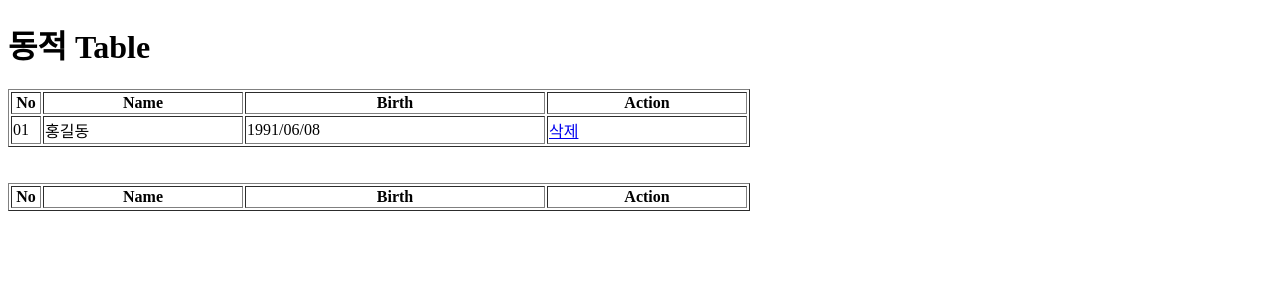
Repository: jeongho97/JQuery
Page: alloc/WebContent/index.html
These files come from the project's save history. The page is drawn as it stood at one moment and after the next save; the edit follows.
The browser window is 1280 px wide. The pictures show the whole page.

Above is the page before, as saved 2022-05-13 07:14:04.

### alloc/WebContent/index.html
<!DOCTYPE html>
<html>
<head>
<meta charset="UTF-8">
<title>Insert title here</title>
<script src="https://code.jquery.com/jquery-3.6.0.js"></script>
</head>
<body>

<h1>동적 Table</h1>

<table border="1" id="list_table">
<colgroup>

	<col style="width:30px">
	<col style="width:200px">
	<col style="width:300px">
	<col style="width:200px">

</colgroup>

<thead>
<tr>

	<th>No</th>
	<th>Name</th>
	<th>Birth</th>
	<th>Action</th>

</tr>
</thead>

<tbody>
<tr>
	<td>01</td>
	<td>홍길동</td>
	<td>1991/06/08</td>
	<td><a href="#" class="delete-link">삭제</a></td>
</tr>
</tbody>


</table>

<br><br>

<table border="1" id="append_table">
<colgroup>
	<col style="width:30px">
	<col style="width:200px">
	<col style="width:300px">
	<col style="width:200px">
</colgroup>

<thead>
<tr>

	<th>No</th>
	<th>Name</th>
	<th>Birth</th>
	<th>Action</th>

</tr>
</thead>

</table>
</body>
</html>

After the next save:
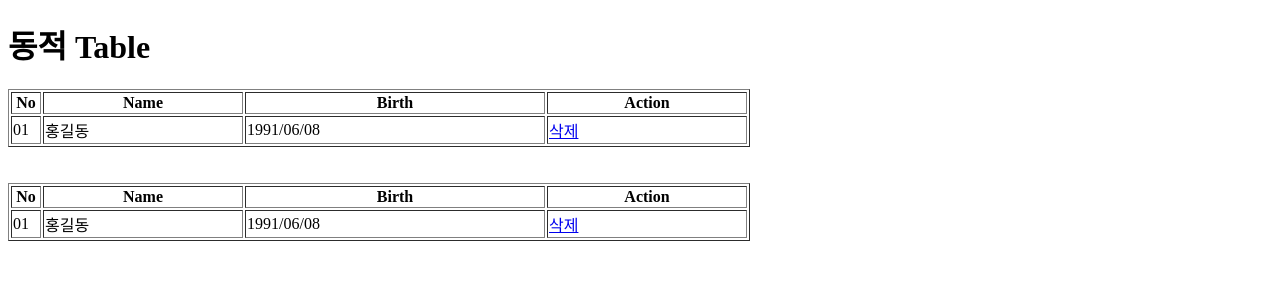
Saved 9 s later.
--- a/alloc/WebContent/index.html
+++ b/alloc/WebContent/index.html
@@ -63,6 +63,15 @@
 </tr>
 </thead>
 
+<tbody>
+<tr>
+	<td>01</td>
+	<td>홍길동</td>
+	<td>1991/06/08</td>
+	<td><a href="#" class="delete-link">삭제</a></td>
+</tr>
+</tbody>
+
 </table>
 </body>
 </html>
